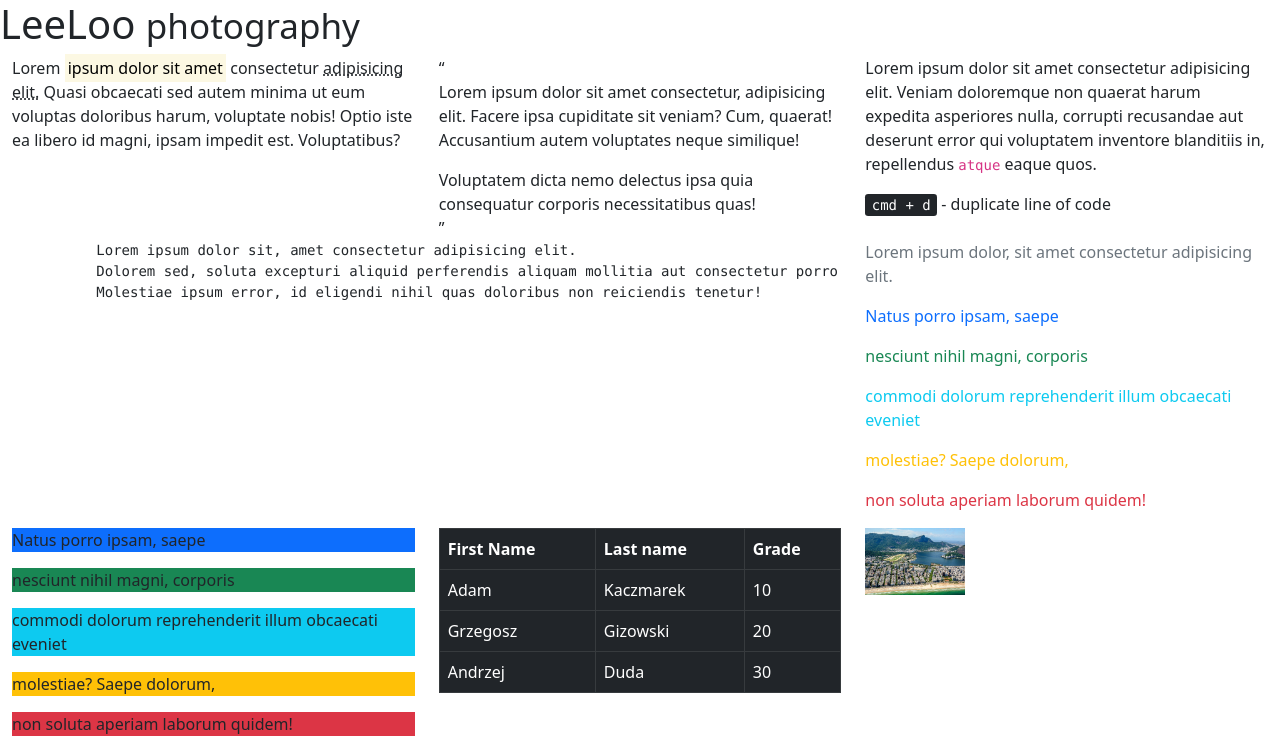
Repository: Zyzik-33/bootstrap-test
Page: index.html
These files come from the project's save history. The page is drawn as it stood at one moment and after the next save; the edit follows.
The browser window is 1280 px wide. The pictures show the whole page.

Above is the page before, as saved 2021-01-27 16:03:27.

### index.html
<!DOCTYPE html>
<html lang="en">
<head>
  <title>LeeLoo</title>
  <meta charset="UTF-8">
  <meta name="viewport" content="width=device-width, initial-scale=1.0">
  <link href="https://cdn.jsdelivr.net/npm/bootstrap@5.0.0-beta1/dist/css/bootstrap.min.css" rel="stylesheet" integrity="sha384-giJF6kkoqNQ00vy+HMDP7azOuL0xtbfIcaT9wjKHr8RbDVddVHyTfAAsrekwKmP1" crossorigin="anonymous">
  <script src="https://ajax.googleapis.com/ajax/libs/jquery/3.5.1/jquery.min.js"></script>
  <script src="https://cdn.jsdelivr.net/npm/bootstrap@5.0.0-beta1/dist/js/bootstrap.bundle.min.js" integrity="sha384-ygbV9kiqUc6oa4msXn9868pTtWMgiQaeYH7/t7LECLbyPA2x65Kgf80OJFdroafW" crossorigin="anonymous"></script>
</head>
<body>
  <h1>LeeLoo <small>photography</small> </h1>
  <div class="container-fluid">

    <div class="row">
      <div class="col-lg-4">Lorem <mark>ipsum dolor sit amet</mark> consectetur <abbr title="Explanation">adipisicing elit.</abbr> Quasi obcaecati sed autem minima ut eum voluptas doloribus harum, voluptate nobis! Optio iste ea libero id magni, ipsam impedit est. Voluptatibus?</div>
      <div class="col-lg-4">
        <q cite="http://developer.mozilla.org">
          <p>
            Lorem ipsum dolor sit amet consectetur, adipisicing elit. Facere ipsa cupiditate sit veniam? Cum, quaerat!
             Accusantium autem voluptates neque similique!
          </p>
          <footer>
            Voluptatem dicta nemo delectus ipsa quia consequatur corporis necessitatibus quas!
          </footer>
        </q>
      </div>
      <div class="col-lg-4">
        <blockquote class="blockquote-reverse">
          <p>
            Lorem ipsum dolor sit amet consectetur adipisicing elit.
            Veniam doloremque non quaerat harum expedita asperiores nulla,
            corrupti recusandae aut deserunt error qui voluptatem inventore
            blanditiis in, repellendus <code>atque</code> eaque quos.
          </p>
          <footer><kbd>cmd + d</kbd> - duplicate line of code</footer>
        </blockquote>
      </div>
    </div>
    <div class="row">
      <div class="col-lg-8">
        <pre>
          Lorem ipsum dolor sit, amet consectetur adipisicing elit.
          Dolorem sed, soluta excepturi aliquid perferendis aliquam mollitia aut consectetur porro.
          Molestiae ipsum error, id eligendi nihil quas doloribus non reiciendis tenetur!
        </pre>
      </div>
      <div class="col-lg-4">
       <p class="text-muted"> Lorem ipsum dolor, sit amet consectetur adipisicing elit.</p>
       <p class="text-primary">Natus porro ipsam, saepe</p>
       <p class="text-success">nesciunt nihil magni, corporis</p>
       <p class="text-info">commodi dolorum reprehenderit illum obcaecati eveniet</p>
       <p class="text-warning">molestiae? Saepe dolorum,</p>
       <p class="text-danger">non soluta aperiam laborum quidem!</p>
      </div>
    </div>
    <div class="row">
      <div class="col-lg-4">
       <p class="bg-primary">Natus porro ipsam, saepe</p>
       <p class="bg-success">nesciunt nihil magni, corporis</p>
       <p class="bg-info">commodi dolorum reprehenderit illum obcaecati eveniet</p>
       <p class="bg-warning">molestiae? Saepe dolorum,</p>
       <p class="bg-danger">non soluta aperiam laborum quidem!</p>
      </div>
      <div class="col-lg-4">
        <table class="table table-hover table-dark table-bordered">
          <!-- table-striped, table-bordered, table-hover, table-dark -->
          <thead>
            <tr>
              <th scope="col">First Name</th>
              <th scope="col">Last name</th>
              <th scope="col">Grade</th>
            </tr>
          </thead>
          <tbody>
            <tr>
              <td scope="row">Adam</td>
              <td>Kaczmarek</td>
              <td>10</td>
            </tr>
            <tr>
              <td scope="row">Grzegosz</td>
              <td>Gizowski</td>
              <td>20</td>
            </tr>
            <tr>
              <td scope="row">Andrzej</td>
              <td>Duda</td>
              <td>30</td>
            </tr>
          </tbody>
        </table>
      </div>
      <div class="col-lg-4">
        <img src="./assets/images/brazil-4809010_640.jpg" width="100" alt="brazil">
      </div>
    </div>
  </div>
</body>
</html>

After the next save:
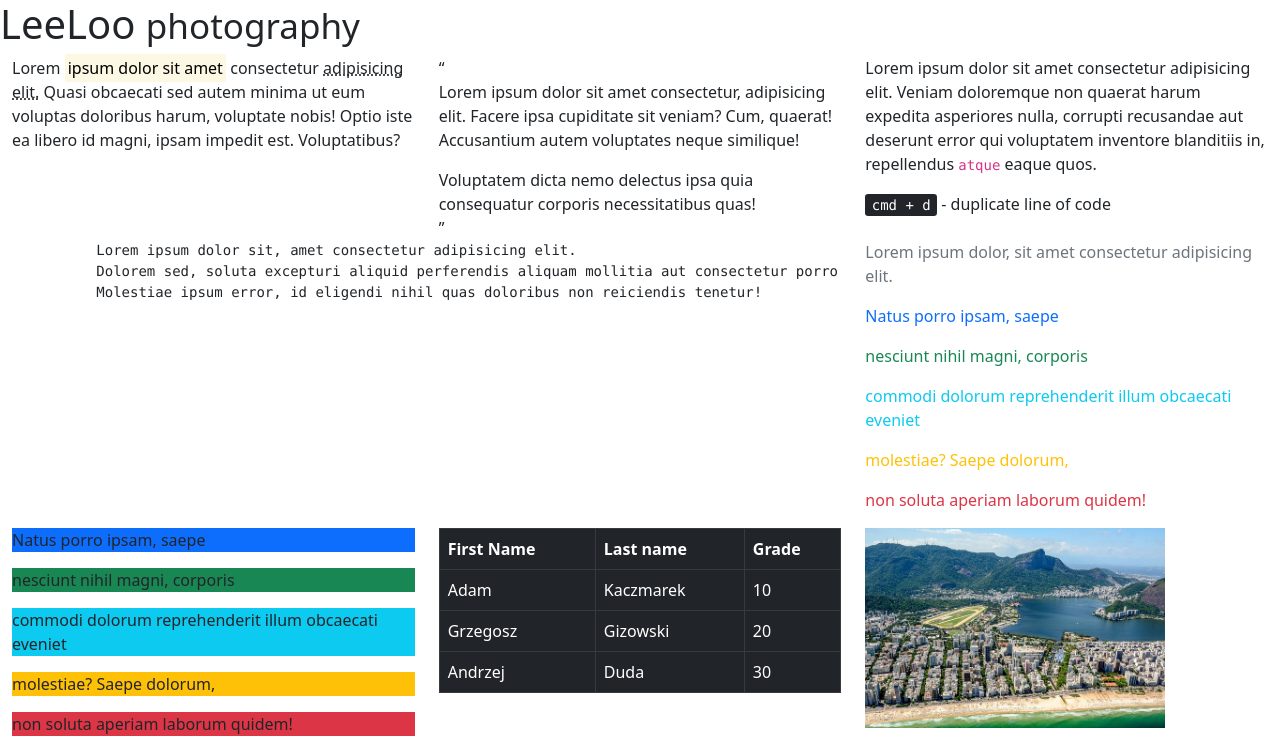
Saved 9 s later.
--- a/index.html
+++ b/index.html
@@ -92,7 +92,7 @@
         </table>
       </div>
       <div class="col-lg-4">
-        <img src="./assets/images/brazil-4809010_640.jpg" width="100" alt="brazil">
+        <img src="./assets/images/brazil-4809010_640.jpg" width="300" alt="brazil">
       </div>
     </div>
   </div>
